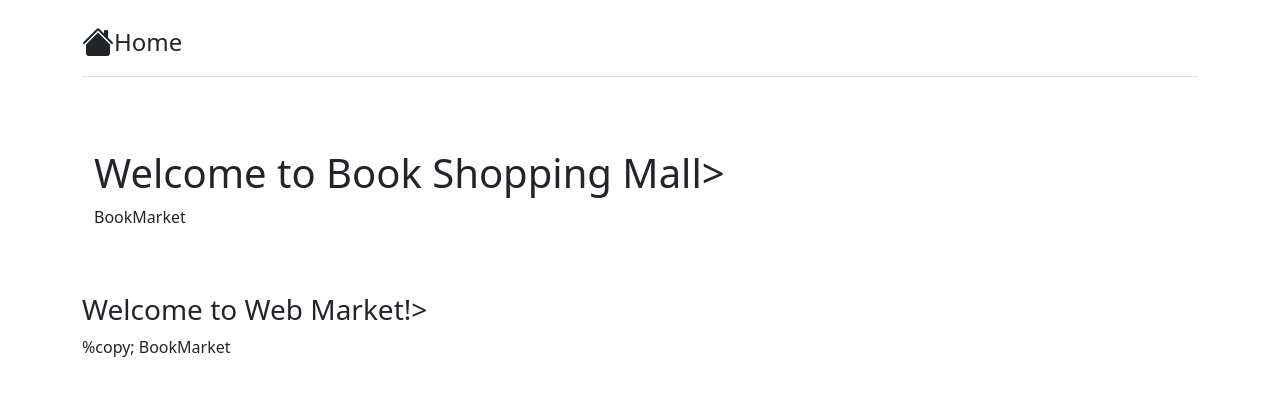
Repository: sanghyunlee7680/JSP-practice
Page: http://localhost/bookmarket/
An editor plug-in stored every save of this project. The page is shown before and after the next save, followed by the edit.
The browser window is 1280 px wide. The pictures show the whole page.
The page is served by Tomcat 10. Other server files are loaded and not shown.

Above is the page before, as saved 2024-10-08 02:30:48.

### bookmarket/src/main/webapp/welcome.jsp
<%@ page language="java" contentType="text/html; charset=UTF-8"
    pageEncoding="UTF-8"%>
<!DOCTYPE html>
<html>
<head>
<meta charset="UTF-8">
<title>Insert title here</title>
<link href="https://cdn.jsdelivr.net/npm/bootstrap@5.3.0-alpha1/dist/css/bootstrap.min.css" rel="stylesheet">
</head>
<body>
	<div class="container py-4">
		<header class="pb-3 mb-4 border-bottom">
			<a href="./welcome.jsp" class="d-flex align-items-center text-dark text-decoration-none">
				<svg  width="32" height="32" fill="currentColor" class="bi bi-house-fill" viewBox="0 0 16 16">
            		<path d="M8.707 1.5a1 1 0 0 0-1.414 0L.646 8.146a.5.5 0 0 0 .708.708L8 2.207l6.646 6.647a.5.5 0 0 0 .708-.708L13 5.793V2.5a.5.5 0 0 0-.5-.5h-1a.5.5 0 0 0-.5.5v1.293L8.707 1.5Z"/>
            		<path d="m8 3.293 6 6V13.5a1.5 1.5 0 0 1-1.5 1.5h-9A1.5 1.5 0 0 1 2 13.5V9.293l6-6Z"/>
        		</svg>
        		<span class="fs-4">Home</span>
			</a>
		</header>
		<%!
		String greeting = "Welcome to Book Shopping Mall";
		String tagline = "Welcome to Web Market!";
		%>
		<div class="container-fluid py-5">
			<h1><%=greeting  %>></h1>
			<p>BookMarket</p>
		</div>
		<div>
			<div>
				<div>
					<h3><%=tagline  %>></h3>
				</div>
			</div>
		</div>
		<footer>
			%copy; BookMarket
		</footer>
	</div>

</body>
</html>

After the next save:
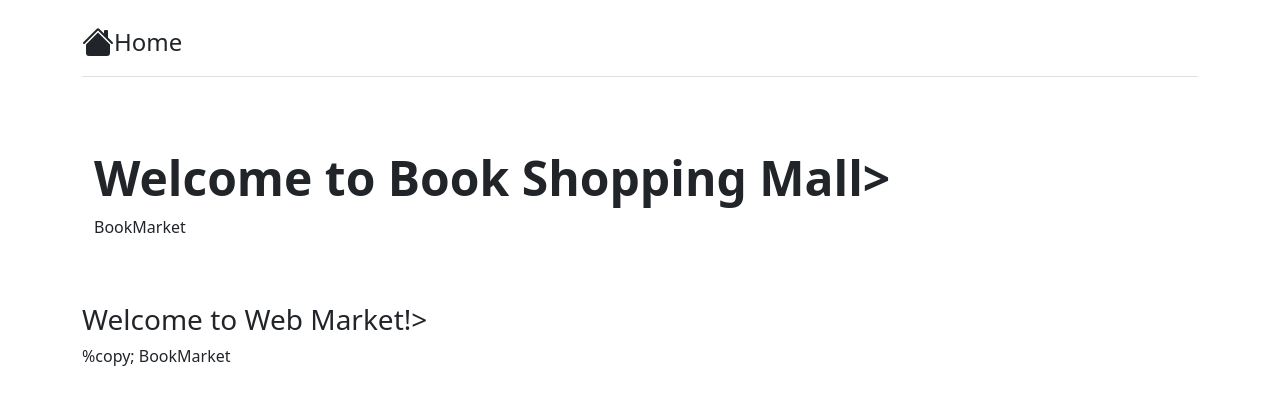
Saved 15 s later.
--- a/bookmarket/src/main/webapp/welcome.jsp
+++ b/bookmarket/src/main/webapp/welcome.jsp
@@ -23,7 +23,7 @@
 		String tagline = "Welcome to Web Market!";
 		%>
 		<div class="container-fluid py-5">
-			<h1><%=greeting  %>></h1>
+			<h1 class="display-5 fw-bold"><%=greeting  %>></h1>
 			<p>BookMarket</p>
 		</div>
 		<div>
